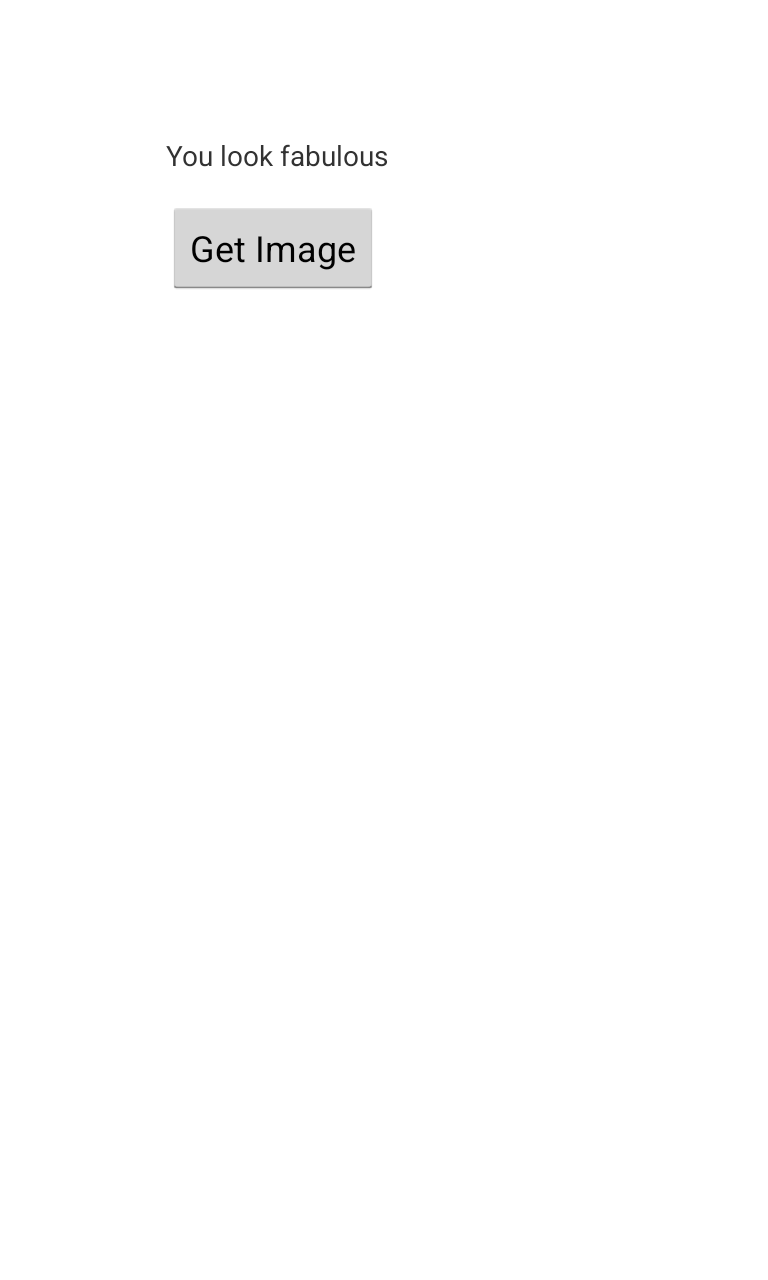
Repository: rtyanas/MyPics
Layout: workspace/MyPic/res/layout/activity_main.xml
These files come from the project's save history. The layout is drawn as it stood at one moment and after the next save; the edit follows.
It is drawn on a 768 x 1280 px phone screen (xhdpi) without system bars, with theme AppTheme; the app's code is not run.

Above is the layout before, as saved 2013-12-13 16:06:56.

After the next save:
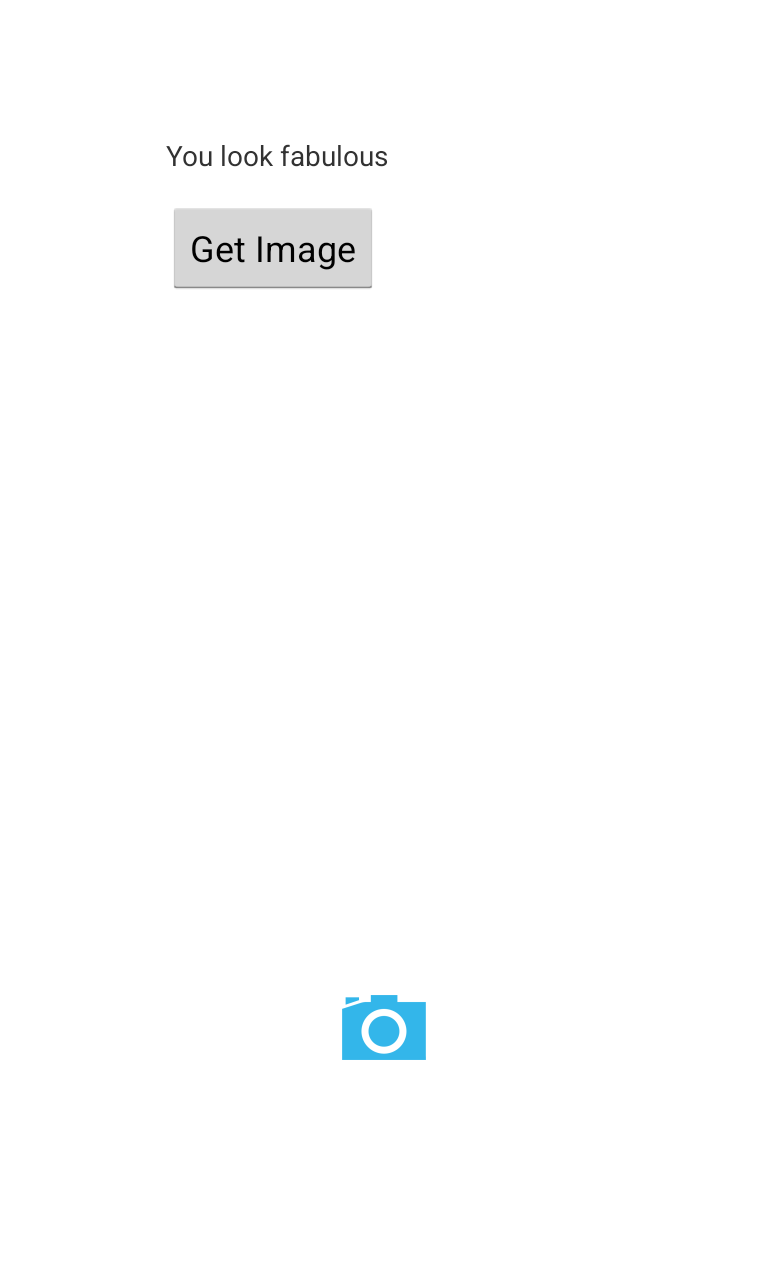
Saved 9 min 9 s later.
--- a/workspace/MyPic/res/layout/activity_main.xml
+++ b/workspace/MyPic/res/layout/activity_main.xml
@@ -46,7 +46,8 @@
             android:layout_width="wrap_content"
             android:layout_height="wrap_content"
             android:contentDescription="@string/my_pic_image"
-          />
+            android:src="@drawable/ic_launcher" />
+
     </RelativeLayout>
 
 </RelativeLayout>
